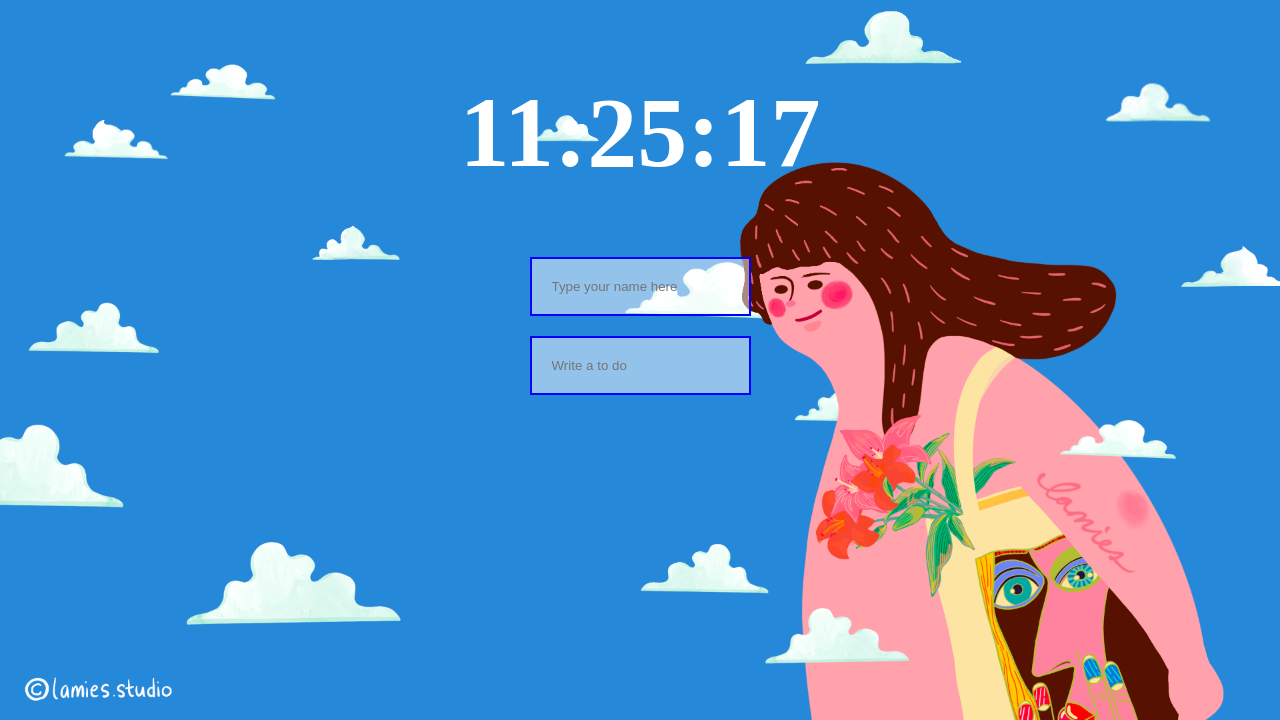
Repository: haleyjung/chrome_app
Page: index.html
These files come from the project's save history. The page is drawn as it stood at one moment and after the next save; the edit follows.
The browser window is 1280 px wide. The pictures show the whole page.
Some web fonts or font styles are not loaded; a fallback is used.

Above is the page before, as saved 2020-11-23 15:26:46.

### index.html
<!DOCTYPE html>
<html lang="en">
<head>
    <meta charset="UTF-8" />
    <meta name="viewport" content="width=device-width, initial-scale=1.0">
    <title>Chrome App</title>
    <link rel="stylesheet" href="index.css">
</head>
<body>

    <div class="js-clock">
        <h1>00:00</h1>
    </div>

    <div class="js-name name"></div>

    <div>
        <form class="js-form form">
            <input type="text" placeholder="What is your name?" />
        </form>
    </div>

    <h4 class="js-greetings greetings"></h4>

    <form class="js-toDoForm">
        <input type="text" placeholder="Write a to do" />
    </form>
    <ul class="js-toDoList">
    </ul>
    <span class="js-weather"></span>

    <script src="js/clock.js"></script>
    <script src="js/greeting.js"></script>
    <script src="js/todo.js"></script>
    <script src="js/bg.js"></script>
    <script src="js/weather.js"></script>
</body>

### index.css
@import url("https://fonts.googleapis.com/css2?family=Nerko+One&display=swap");

body {
  background-color: palevioletred;
  color: white;
  display: flex;
  flex-direction: column;
  justify-content: center;
  align-items: center;
  font-family: "Nerko One", cursive;
}

.js-clock {
  display: flex;
  justify-content: center;
  align-items: center;
  font-size: 50px;
}

.js-form,
.js-toDoForm {
  background-color: none;
}

.btn {
  cursor: pointer;
}

input {
  border: 2px solid blue;
  margin-bottom: 20px;
  background-color: rgba(255, 255, 255, 0.5);
  padding: 20px;
}

.form,
.greetings {
  display: none;
}

.showing {
  display: block;
}

@keyframes fadeIn {
  from {
    opacity: 0;
  }
  to {
    opacity: 1;
  }
}

.bgImage {
  position: absolute;
  top: 0;
  left: 0;
  width: 100%;
  height: 100%;
  z-index: -1;
  animation: fadeIn 0.5s linear;
}

### js/clock.js
const clockContainer = document.querySelector(".js-clock"),
    clockTitle = clockContainer.querySelector("h1");

function getTime() {
    const date = new Date();
    const minutes = date.getMinutes();
    const hours = date.getHours();
    const seconds = date.getSeconds();
    clockTitle.innerText = `${hours < 10 ? `0${hours}` : hours}:${
        minutes < 10 ? `0${minutes}` : minutes
    }:${seconds < 10 ? `0${seconds}` : seconds}`;
}

function init() {
    getTime();
    setInterval(getTime, 1000);
}

init();

### js/greeting.js
const nameContainer = document.querySelector(".js-name");

function paintName(name) {
    nameContainer.innerHTML = "";
    const title = document.createElement("span");
    title.className = "name__text";
    title.innerHTML = `Hello ${name}`;
    nameContainer.appendChild(title);
}

function handleSubmit(event) {
    event.preventDefault();
    const form = event.target;
    const input = form.querySelector("input");
    const value = input.value;
    localStorage.setItem("username", value);
    paintName(value);
}

function paintInput() {
    const input = document.createElement("input");
  input.placeholder = "Type your name here";
  input.type = "text";
  input.className = "name__input";
  const form = document.createElement("form");
  form.addEventListener("submit", handleSubmit);
  form.appendChild(input);
  nameContainer.appendChild(form);
}

function loadName(){
    const name = localStorage.getItem("username");
  if (name === null) {
    paintInput();
  } else {
    paintName(name);
  }
}

function init() {
    loadName();
}

init();

### js/todo.js
const toDoForm = document.querySelector(".js-toDoForm"),
    toDoInput = toDoForm.querySelector("input"),
    toDoList = document.querySelector(".js-toDoList");

const TODOS_LS = 'toDos';

let toDos = [];

function deleteToDo(event){
    const btn = event.target;
    const li = btn.parentNode;
    toDoList.removeChild(li);
    const cleanToDos = toDos.filter(function(toDo){
        return toDo.id !== parseInt(li.id);
    });
    toDos = cleanToDos
    saveToDos();
}

function saveToDos(){
    localStorage.setItem(TODOS_LS, JSON.stringify(toDos));
}

function paintToDo(text){
    const li = document.createElement("li");
    const delBtn = document.createElement("button");
    const span = document.createElement("span");
    const newId = toDos.length + 1;
    delBtn.innerText = "❌";
    delBtn.addEventListener("click", deleteToDo);
    span.innerText = text;
    li.appendChild(delBtn);
    li.appendChild(span);
    li.id = newId;
    toDoList.appendChild(li);
    const toDoObj = {
        text: text,
        id: newId
    };
    toDos.push(toDoObj);
    saveToDos();
}

function handleSubmit(event){
    event.preventDefault();
    const currentValue = toDoInput.value;
    paintToDo(currentValue);
    toDoInput.value = "";
}

function loadToDos() {
    const loadedToDos = localStorage.getItem(TODOS_LS);
    if(loadedToDos !== null){
        const parsedToDos = JSON.parse(loadedToDos);
        parsedToDos.forEach(function(toDo){
            paintToDo(toDo.text);
        });
    }
}

function init() {
    loadToDos();
    toDoForm.addEventListener("submit", handleSubmit)
}

init();

### js/bg.js
const body = document.querySelector("body");

const IMG_NUMBER = 4;

// If loading images from API, include the functions in these comments:
// function handleImgLoad(){
//     console.log('finished loading');
// }

function paintImage(imgNumber){
    const image = new Image();
    image.src = `/img/lamiesstudio-${imgNumber + 1}.png`;
    image.classList.add('bgImage');
    body.prepend(image);
    // image.addEventListener("loadend", handleImgLoad);
}

function genRandom(){
    const number = Math.floor(Math.random() * IMG_NUMBER);
    return number;
}

function init(){
    const randomNumber = genRandom();
    paintImage(randomNumber)
}

init();

### js/weather.js
const weather = document.querySelector(".js-weather");

const API_KEY = "1706261ffc689a5d0ffe73f0d2f8a925";
const COORDS = "coords";

function getWeather(lat, lng){
    fetch(`https://api.openweathermap.org/data/2.5/weather?lat=${lat}&lon=${lng}&appid=${API_KEY}&units=metric`
    ).then(function(response){
        return response.json();
    })
        .then(function(json){
        const temperature = json.main.temp;
        const place = json.name;
        weather.innerText = `${temperature} @ ${place}`;
    });
}

function saveCoords(coordsObj){
    localStorage.setItem(COORDS, JSON.stringify(coordsObj));
}

function handleGeoSuccess(position){
    const latitude = position.coords.latitude;
    const longitude = position.coords.longitude;
    const coordsObj = {
        latitude,
        longitude
    };
    saveCoords(coordsObj);
    getWeather(latitude, longitude);
}

function handleGeoError(){
    console.log('Cant access geo location');
}

function askForCoords(){
    navigator.geolocation.getCurrentPosition(handleGeoSuccess, handleGeoError);
}

function loadCoords(){
    const loadedCoords = localStorage.getItem(COORDS);
    if(loadedCoords === null){
        askForCoords();
    } else {
        const parsedCoords = JSON.parse(loadedCoords);
        getWeather(parsedCoords.latitude, parsedCoords.longitude);
    }
}

function init(){
    loadCoords();
}

init();

After the next save:
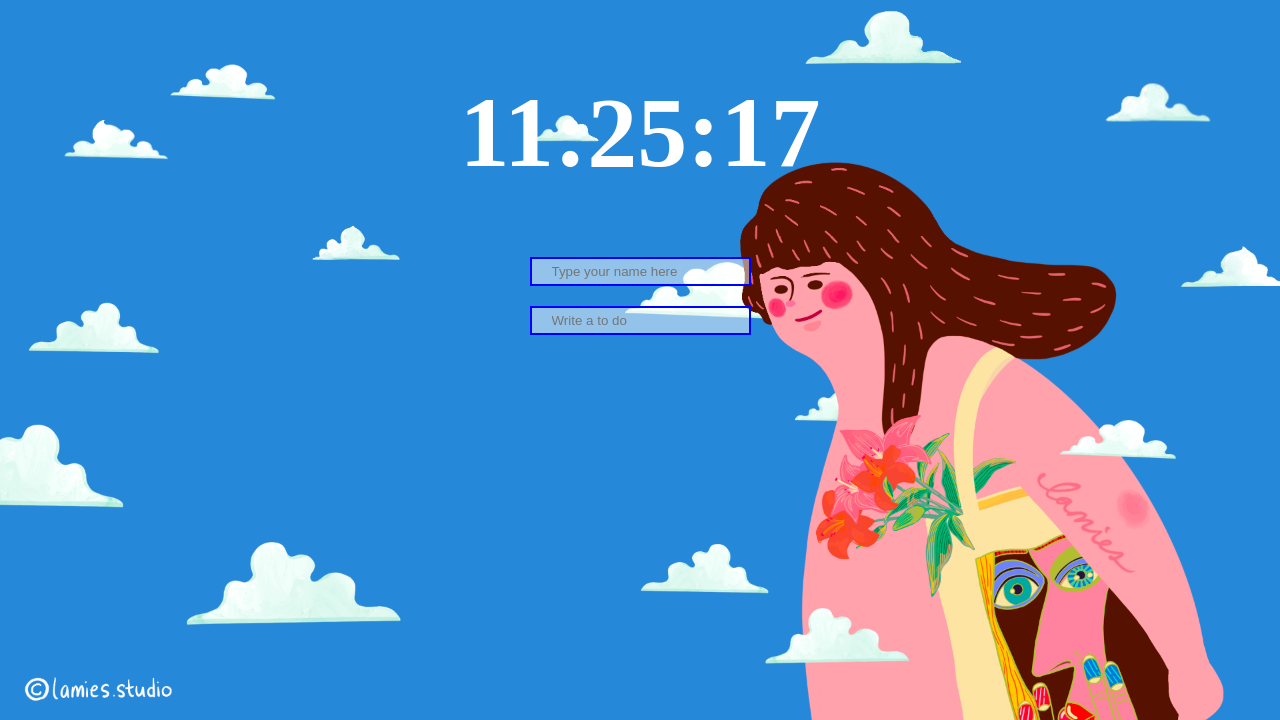
Saved 8 s later.
--- a/index.css
+++ b/index.css
@@ -30,7 +30,7 @@ input {
   border: 2px solid blue;
   margin-bottom: 20px;
   background-color: rgba(255, 255, 255, 0.5);
-  padding: 20px;
+  padding: 5px 20px;
 }
 
 .form,
